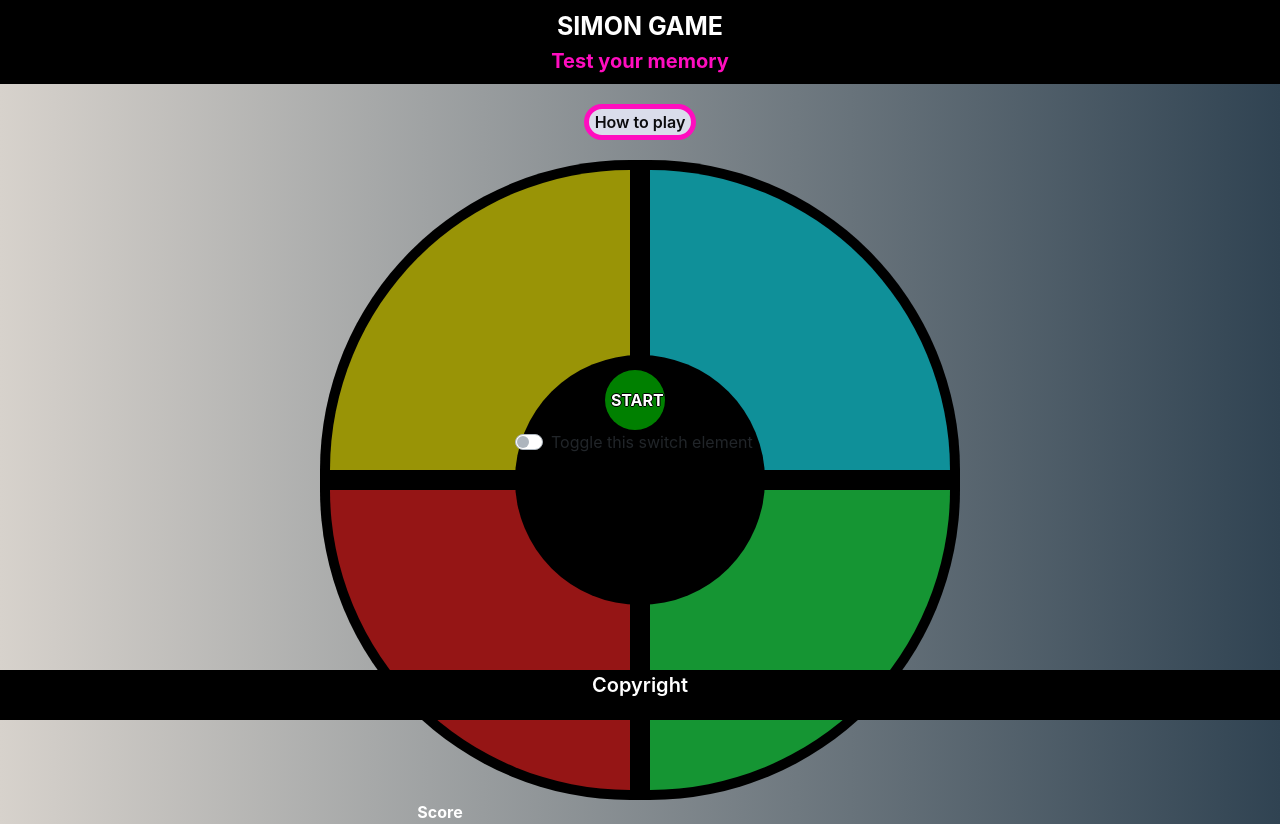
Repository: murphya14/Simon-game
Page: index.html
The author's editor kept a record of every edit. The page is drawn from the files as they stood at one moment, then again after the next edit.
The browser window is 1280 px wide. The pictures show the whole page.

Above is the page before.
Console error: SyntaxError: Unexpected token 'else'

### index.html
<!DOCTYPE html>
<html lang="en">

<head>
    <meta charset="UTF-8">
    <meta name="viewport" content="width=device-width, initial-scale=1, shrink-to-fit=no">
    <meta http-equiv="X-UA-Compatible" content="ie=edge">
    <meta charset="UTF-8">

    <meta name="description" content="Simon Memory Game">
    <meta name="keywords" content="Simon Memory, Memory Game, Game, Puzzle, Fun, Challenge">
    <meta name="author" content="Aisling Murphy">
    <link rel="stylesheet" href="assets/css/style.css" type="text/css" />
    <link href="/YOUR_PATH/favicon.ico" rel="icon" type="image/x-icon" />
    <link rel="stylesheet" href=" https://stackpath.bootstrapcdn.com/font-awesome/4.7.0/css/font-awesome.min.css" type="text/css" />
    <link href="https://fonts.googleapis.com/css?family=Orbitron&display=swap" rel="stylesheet">
    <link href="https://fonts.googleapis.com/css?family=Shojumaru&effect=3d rel='stylesheet' type='text/css">
    <link rel="stylesheet" href="https://stackpath.bootstrapcdn.com/bootstrap/4.3.1/css/bootstrap.min.css" integrity="sha384-ggOyR0iXCbMQv3Xipma34MD+dH/1fQ784/j6cY/iJTQUOhcWr7x9JvoRxT2MZw1T" crossorigin="anonymous">
    <link href="data:[embedded picture, 1901 characters]"
        rel="icon" type="image/x-icon" />
    <title>Simon Game</title>


</head>

<body>
    <header>
        <nav class="navbar navbar-expand-lg flex-column container-fluid">
            <div="row">
                <div class="col-12 header">Simon Game</div>
                </div>
                <div class="row">
                    <div class="col-12 sub-heading">Test your memory</div>
                </div>
    </header>
    </nav>

<div class="wrapper">
    <div class="container flex-column">

        <div class="row">
            <div class="col center">
                <!---Aided by https://www.pair.com/support/kb/how-to-use-jquery-to-generate-modal-pop-up-when-clicked/--->

                <div class="how-to popup-overlay">
                    <!--Creates the popup content-->
                    <div id="how-to-p" class="popup-content">
                        <h2>How to Play</h2>
                        <p> This is an example pop-up that you can make using jQuery. lorem ipsum keyboard shortcuts. Select how much text you want from the menu item in Edit->Text->Lorem Ipsum or in the right click menu in Lorem Ipsum. Press the shortcut
                            key (Alt+Shift+L) to add Lorem Ipsum text. Keep pressing to add more.</p>
                        <!--popup's close button-->
                        <button class="close">Close</button>
                    </div>
                </div>
                <!--Content shown when popup is not displayed-->

                <button id="how-to" class="open how-to">How to play</button>
            </div>
        </div>
    </div>

        <!---Help from https://www.danpurdy.co.uk/tutorial/simon-says-game-in-jquery-tutorial/-->

        <div class="row">
            <div class="col">
                <div class="background-circle">
                    <div class="pad one" id="1">
                        <audio preload="auto" class="sound1" data-pad="1">
                  <source src="sounds/mp3/sounds_01.mp3" type="audio/mpeg"/>
               </audio>
                    </div>
                    <div class="pad two" id="2">
                        <audio preload="auto" class="sound2" data-pad="2">
          <source src="sounds/mp3/sounds_02.mp3" type="audio/mpeg"/>
                 </audio>
                    </div>
                    <div class="pad three" id="3">
                        <audio preload="auto" class="sound3" data-pad="3">
                <source src="sounds/mp3/sounds_03.mp3" type="audio/mpeg"/>

                </audio>
                    </div>
                    <div class="pad four" id="4">
                        <audio preload="auto" class="sound4" data-pad="4">
                  <source src="sounds/mp3/sounds_04.mp3" type="audio/mpeg"/>
                </audio>
                    </div>

                    <div class="circle">

                    <button class="center start-button" id="start">Start</button>

                 <!--- Aided by https://mdbootstrap.com/docs/jquery/forms/switch/--->
                    <div class="custom-control custom-switch">
                        <input type="checkbox" class="custom-control-input" id="customSwitches">
                        <label class="custom-control-label" for="customSwitches">Toggle this switch element</label>
                    </div>
                    </div>

                    <div id="score">Score</div>

                    </div>



                </div>

            </div>

        </div>
 </div>
        <footer class="footer flex-column">
            <p class="col"> Copyright </p>
        </footer>

        <script src="https://code.jquery.com/jquery-3.3.1.slim.min.js" integrity="sha384-q8i/X+965DzO0rT7abK41JStQIAqVgRVzpbzo5smXKp4YfRvH+8abtTE1Pi6jizo" crossorigin="anonymous"></script>
        <script src="https://ajax.googleapis.com/ajax/libs/jquery/3.3.1/jquery.min.js"></script>
        <script src="https://cdnjs.cloudflare.com/ajax/libs/popper.js/1.14.7/umd/popper.min.js" integrity="sha384-UO2eT0CpHqdSJQ6hJty5KVphtPhzWj9WO1clHTMGa3JDZwrnQq4sF86dIHNDz0W1" crossorigin="anonymous"></script>
        <script src="https://stackpath.bootstrapcdn.com/bootstrap/4.3.1/js/bootstrap.min.js" integrity="sha384-JjSmVgyd0p3pXB1rRibZUAYoIIy6OrQ6VrjIEaFf/nJGzIxFDsf4x0xIM+B07jRM" crossorigin="anonymous"></script>
        <script type="text/javascript" src="assets/js/make.js"></script>
</body>

</html>

### assets/css/style.css
@import url('https://fonts.googleapis.com/css?family=Orbitron&display=swap');


body {
background-image: linear-gradient(to right, #d7d2cc 0%, #304352 100%);
/*background sourced from https://webgradients.com/*/
    height: 100%;
    font-family: 'Orbitron', sans-serif;
    font-size: 20px;
    text-align: center;
    position: relative;
    width: 100%;
    margin: auto;
}

.wrapper {
    position: relative;
    width: 640px;
    margin: 0 auto;

}




.center {
    text-align: center;
    ;
}

/*Nav/header styling*/

.navbar {background-color: black;
    color: white;
    font-weight: 700;
}

.header {
    position: fixed;
    font-size: 25px;
    text-transform: uppercase;

    text-align: center;

}

.sub-heading {
    position: fixed;
    font-size:20px;
    text-align: center;
    color: #ff0dbf;
}


/*Shapes*/

.circle {
    position: absolute;
    top: 195px;
    left: 195px;
    width: 250px;
    height: 250px;
    background: #000;
    border-radius: 125px;
    z-index: 10;
}

.background-circle {
    position: absolute;
    top: 0px;
    width: 640px;
    height: 640px;
    z-index: 0;
    background-color: black;
    border-radius: 310px;
}


.pad {

    width: 300px;
    height: 300px;
    float: left;
    z-index: 1;
    margin: 10px;
    -ms-filter: "progid:DXImageTransform.Microsoft.Alpha(Opacity=60)";
    filter: alpha(opacity=60);
    opacity: 0.6;
    /*Will be linked in JS to change*/
}



.one {
    border-top-left-radius: 300px;
    background-color: #FFF70B;
}

.two {
    float: left;
    border-top-right-radius: 300px;
    background-color: #19F0FF;
    clear: right;
}

.three {
    float: left;
    border-bottom-left-radius: 300px;
    background-color: #F92323;
    clear: left;
}

.four {
    float: left;
    border-bottom-right-radius: 300px;
    background-color: #23F955;

}

/*Buttons*/

/*Styling for modul button*/

.how-to {
    color: #0b0b0d;
    border: 5px solid #ff0dbf;
    background-color: #daddeb;
    font-weight: 600;
    border-radius: 25px;

    margin: 20px;
    text-align: center;
    cursor: pointer;
}

.how-to:hover {
    background-color: #ff0dbf;
    color: white;
    font-weight: 700;
}

#how-to-p {
    Background-color: #ff0dbf;
    border-radius: 2em 2em 2em 2em / 1em 1em 1em 1em;
    color: black;
    width: 40%;
    text-align:center;
}
/*Close button for pop up modaL*/

.popup-overlay {
  /*Hides pop-up when there is no "active" class*/
  visibility: hidden;
  position: absolute;
  background: #ffffff;
  border: 3px solid #666666;
  width: 50%;
  height: 50%;
  left: 25%;
}

.popup-overlay.active {
  /*displays pop-up when "active" class is present*/
  visibility: visible;
  text-align: center;
  z-index: 10;
}

.popup-content {
  /*Hides pop-up content when there is no "active" class */
  visibility: hidden;
}

.popup-content.active {
  /*Shows pop-up content when "active" class is present */
  visibility: visible;
   z-index: 10;
   width:100%;
}

.hide {display:none;}

.start-button {
    width: 60px;
    height: 60px;
    background-color: green;
    border-radius: 310px;
    text-align: center;
    font-weight: 700;
    margin-left: 90px;
    margin-top: 15px;
    text-transform: uppercase;
    border: 20px;
    border-color: #0B7842;
    text-shadow: -1px 0 black, 0 1px black, 1px 0 black, 0 -1px black;
    color: white;
    cursor: pointer
}

.start-button:hover {
    background-color: #49fb35
}



#score {
    color: white;
    width: 60px;
    height: 60px;
    text-align: center;
    font-weight: 700;
    margin-left: 90px;
    margin-top: 5px;
}

#slider {    color: white;
    width: 60px;
    height: 60px;
    text-align: center;
    font-weight: 700;
    margin-left: 90px;
    margin-top: 20px;}



/*Footers*/

.footer {
    position: fixed;
    left: 0;
    bottom: 0;
    width: 100%;
    text-align: center;
    font-size: 10px;
    margin:0;
    color: white;
    background-color: black;
    height: 50px;
    font-size: 20px;
    font-weight: 600;

}

### assets/js/make.js
 /*Modal button*/
$(".open").on("click", function() {
  $(".popup-overlay, .popup-content").addClass("active");

});

//removes the "active" class to .popup and .popup-content when the "Close" button is clicked
$(".close, .popup-overlay").on("click", function() {
  $(".popup-overlay, .popup-content").removeClass("active");
});

 /*What happens when you press the start button*/

$("#start").click(function(){
  $(this).css("background-color", "#49fb35");

  $(".pad").css("opacity", "1")


})



 /*COUNTER*/
function counter (){
    var currentVal = document.getElementById("counter").innerHTML;
    var newVal = 0;

    if (currentVal<20){
        newval = currentVal + 1;
    }

    document.getElementById("counter").innerHTML = newVal;

    else {IMPORT THE WINNER IMAGE}
}

After the next edit:
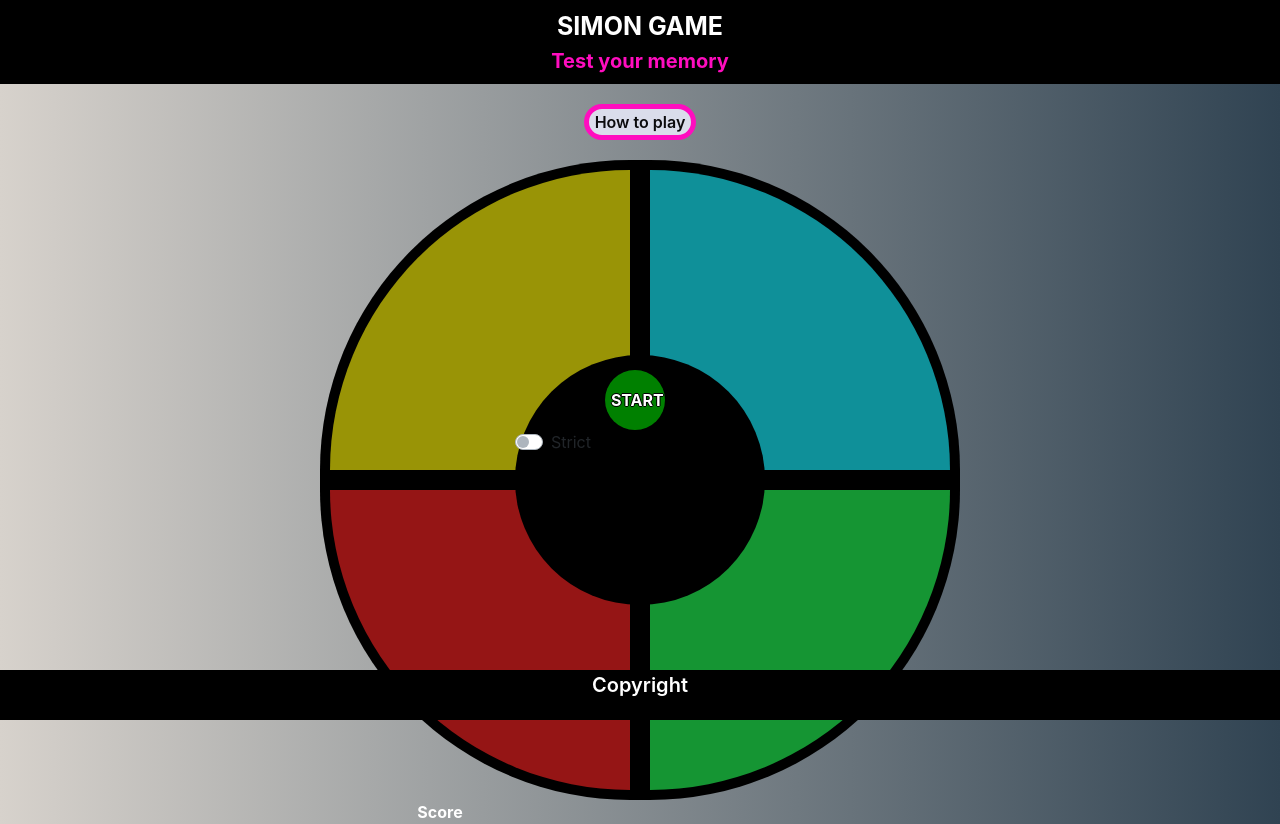
The edit:
--- a/index.html
+++ b/index.html
@@ -92,8 +92,8 @@
 
                  <!--- Aided by https://mdbootstrap.com/docs/jquery/forms/switch/--->
                     <div class="custom-control custom-switch">
-                        <input type="checkbox" class="custom-control-input" id="customSwitches">
-                        <label class="custom-control-label" for="customSwitches">Toggle this switch element</label>
+                        <input type="checkbox" id="strict" class="custom-control-input" data-on="Ready" data-off="Not Ready" data-onstyle="success" data-offstyle="danger" id="customSwitches">
+                        <label class="custom-control-label" for="customSwitches">Strict</label>
                     </div>
                     </div>
 
